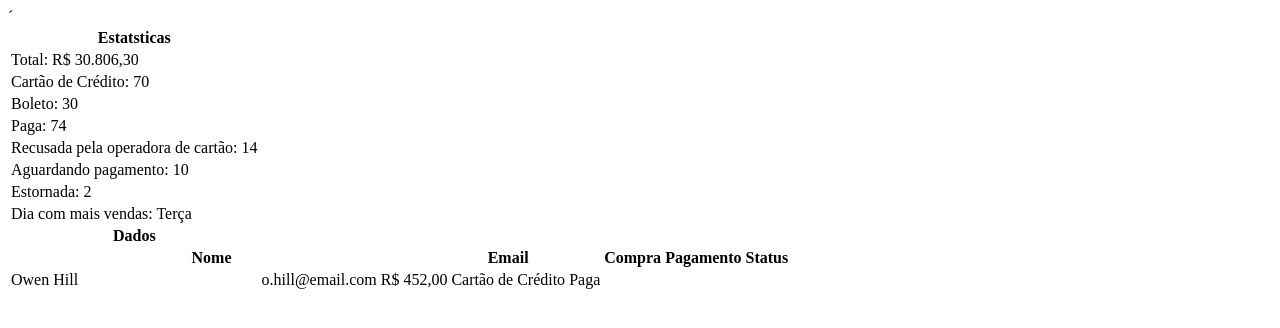
Repository: lucasleitedosreis/exercicios-praticando-typescript
Page: index.html
The author's editor kept a copy of each file at every save. The page is drawn from the files as they stood at one save, then again after a run of saves.
The browser window is 1280 px wide. The pictures show the whole page.
The page's requests for data from a server got no answer.

Above is the page before, as saved 2023-04-13 13:49:20.

### index.html
<!DOCTYPE html>
<html lang="pt-BR">

<head>
    <meta charset="UTF-8">
    <meta http-equiv="X-UA-Compatible" content="IE=edge">
    <meta name="viewport" content="width=device-width, initial-scale=1.0">
    <title>Exercícios TypeScript</title>
    <link rel="stylesheet" href="./src/styles.css">
</head>

<body>
    <table>
        <thead>
            <tr>
                <th id="estatisticas">Estatsticas</th>´
            </tr>
        </thead>
        <tbody>
            <tr>
                <td>Total: R$ 30.806,30</td>
            </tr>
            <tr>
                <td>Cartão de Crédito: 70</td>
            </tr>
            <tr>
                <td>Boleto: 30</td>
            </tr>
            <tr>
                <td>Paga: 74</td>
            </tr>
            <tr>
                <td>Recusada pela operadora de cartão: 14</td>
            </tr>
            <tr>
                <td>Aguardando pagamento: 10</td>
            </tr>
            <tr>
                <td>Estornada: 2</td>
            </tr>
            <tr>
                <td>Dia com mais vendas: Terça</td>
            </tr>
        </tbody>
        <thead>
            <tr>
                <th id="dados">Dados</th>
            </tr>
        </thead>
        <tbody>
            <tr>
                <th id="nome" colspan="10">Nome</th>
                <th id="email" colspan="10">Email</th>
                <th id="compra" colspan="10">Compra</th>
                <th id="pagamento" colspan="10">Pagamento</th>
                <th id="status" colspan="10">Status</th>
            </tr>
            <tr>
                <td colspan="1">Owen Hill</td>
                <td colspan="5">o.hill@email.com</td>
                <td colspan="5">R$ 452,00</td>
                <td colspan="5">Cartão de Crédito</td>
                <td colspan="4">Paga</td>
            </tr>
        </tbody>

    </table>
    <script type="module" src="./dist/script.js"></script>
</body>

</html>

### dist/script.js
import fetchData from "./fetchData.js";
import normalizarTransacao from "./normalizartransacao.js";
async function handleData() {
    const data = await fetchData("https://api.origamid.dev/json/transacoes.json?");
    if (!data)
        return;
    const transacoes = data.map(normalizarTransacao);
    console.log(transacoes);
}
handleData();
//# sourceMappingURL=script.js.map

### dist/fetchData.js
export default async function fetchData(url) {
    try {
        const response = await fetch(url);
        if (!response.ok)
            throw new Error("Erro: " + response.status);
        const json = await response.json();
        return json;
    }
    catch (error) {
        if (error instanceof Error)
            console.log("Ocorreu um Erro ao executar o fetch: " + error.message);
        return null;
    }
}
//# sourceMappingURL=fetchData.js.map

### dist/normalizartransacao.js
import moedaParanumero from "./moedaParaNumero.js";
export default function normalizarTransacao(transacao) {
    return {
        nome: transacao.Nome,
        id: transacao.ID,
        data: transacao.Data,
        status: transacao.Status,
        email: transacao.Email,
        moeda: transacao["Valor (R$)"],
        valor: moedaParanumero(transacao["Valor (R$)"]),
        pagamento: transacao["Forma de Pagamento"],
        novo: Boolean(transacao["Cliente Novo"]),
    };
}
//# sourceMappingURL=normalizartransacao.js.map

### dist/moedaParaNumero.js
export default function moedaParanumero(moeda) {
    const numero = Number(moeda.replaceAll(".", "").replaceAll(",", "."));
    if (isNaN(numero)) {
        return null;
    }
    else {
        return numero;
    }
}
//# sourceMappingURL=moedaParaNumero.js.map

Loaded but not shown: src/styles.css (no stored copy; drawn as an empty file)

After the next 2 saves:
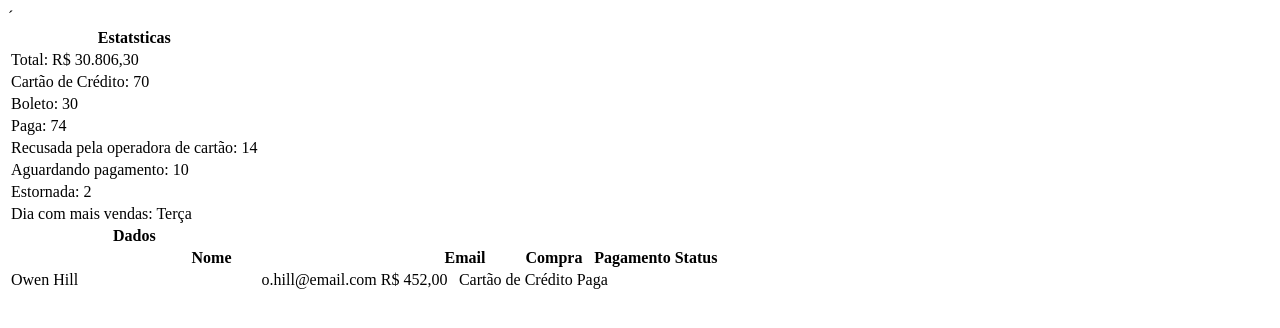
The 2 saves are shown as one change because they came seconds apart.
The last was saved 16 s later.
--- a/index.html
+++ b/index.html
@@ -59,8 +59,8 @@
                 <td colspan="1">Owen Hill</td>
                 <td colspan="5">o.hill@email.com</td>
                 <td colspan="5">R$ 452,00</td>
-                <td colspan="5">Cartão de Crédito</td>
-                <td colspan="4">Paga</td>
+                <td colspan="10">Cartão de Crédito</td>
+                <td colspan="10">Paga</td>
             </tr>
         </tbody>
 
